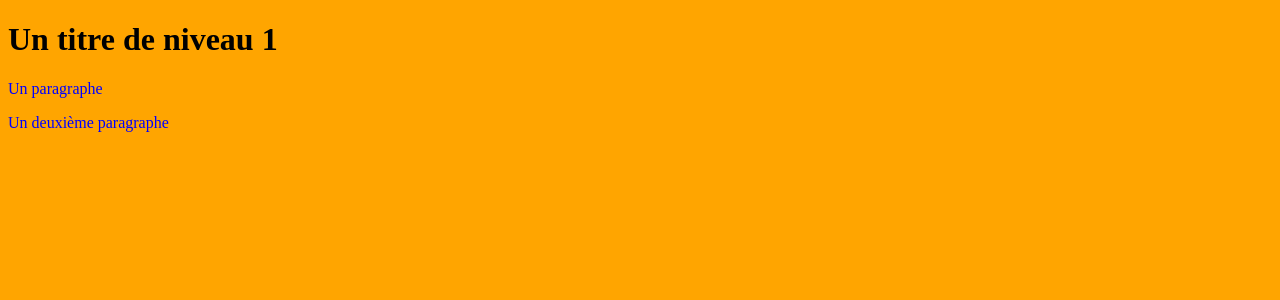
Repository: serviceshuios/Git-Aix-Web
Page: bases-html-css/WebContent/index.html
The author's editor kept a copy of each file at every save. The page is drawn from the files as they stood at one save, then again after the next save.
The browser window is 1280 px wide. The pictures show the whole page.

Above is the page before, as saved 2018-10-22 13:19:27.

### bases-html-css/WebContent/index.html
<!DOCTYPE html>
<html>
	<head>
		<meta charset="utf-8"/>
		<title>BASES HTML CSS</title>
        <link rel="stylesheet" href="css/style.css"/>
	</head>
	<body>
		<h1>Un titre de niveau 1</h1>
		<p>Un paragraphe</p>
		<p>Un deuxième paragraphe</p>
	</body>
</html>

### bases-html-css/WebContent/css/style.css
@charset "utf-8";
body {
	background-color: orange;
	}
p {
	color: blue;
	font-size: 16px;
}

After the next save:
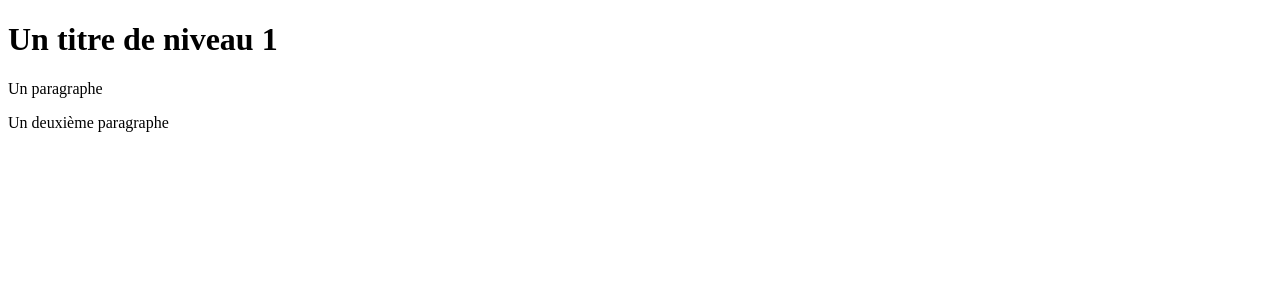
Not found: bases-html-css/WebContent/css/style1.css
Saved 20 s later.
--- a/bases-html-css/WebContent/index.html
+++ b/bases-html-css/WebContent/index.html
@@ -3,7 +3,7 @@
 	<head>
 		<meta charset="utf-8"/>
 		<title>BASES HTML CSS</title>
-        <link rel="stylesheet" href="css/style.css"/>
+        <link rel="stylesheet" href="css/style1.css"/>
 	</head>
 	<body>
 		<h1>Un titre de niveau 1</h1>

After the save that followed:
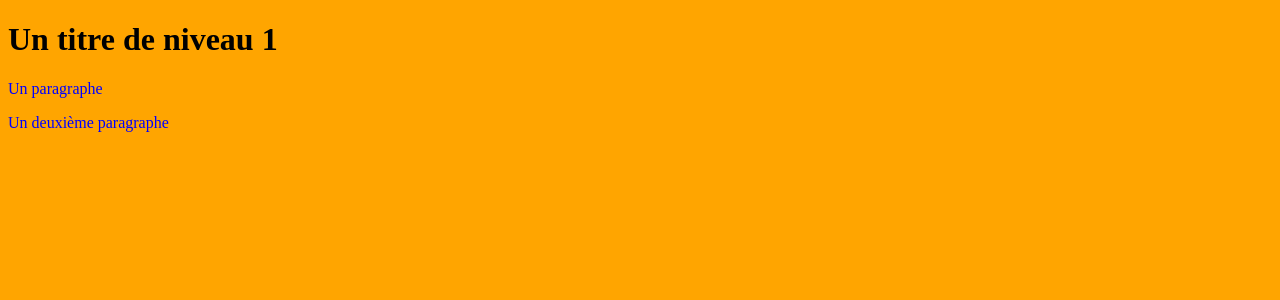
Saved 82 s later.
--- a/bases-html-css/WebContent/index.html
+++ b/bases-html-css/WebContent/index.html
@@ -3,7 +3,7 @@
 	<head>
 		<meta charset="utf-8"/>
 		<title>BASES HTML CSS</title>
-        <link rel="stylesheet" href="css/style1.css"/>
+        <link rel="stylesheet" href="css/style.css"/>
 	</head>
 	<body>
 		<h1>Un titre de niveau 1</h1>
